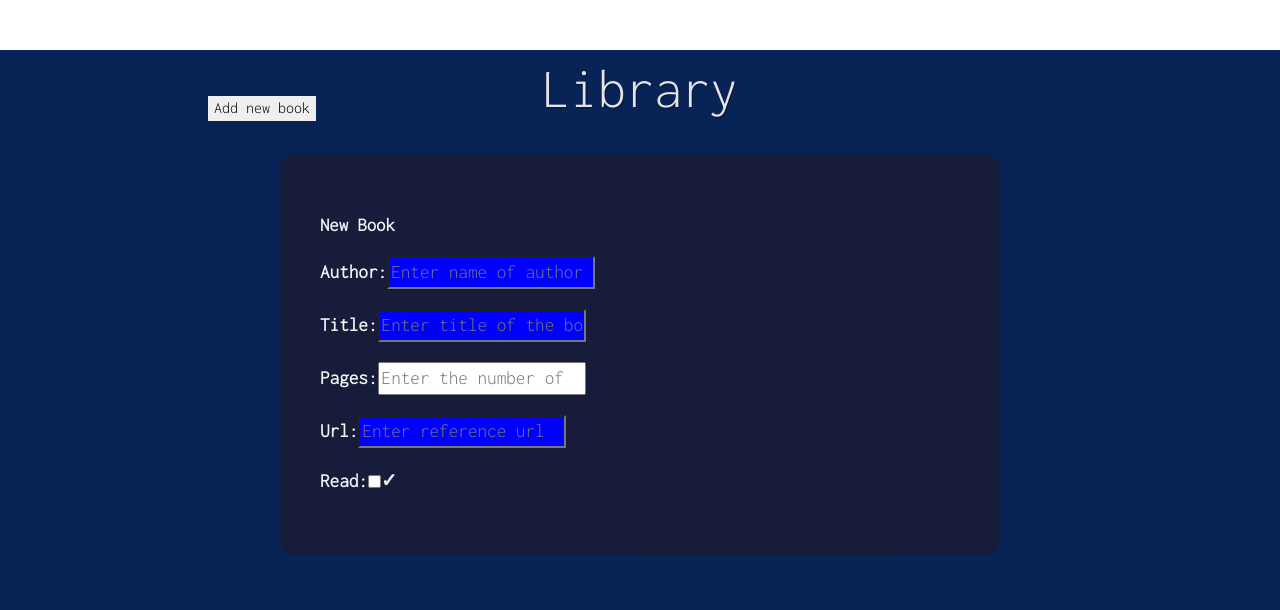
Repository: 0101chaitanya/Library
Page: index.html
These files come from the project's save history. The page is drawn as it stood at one moment and after the next save; the edit follows.
The browser window is 1280 px wide. The pictures show the whole page.

Above is the page before, as saved 2021-06-03 18:22:11.

After the next save:
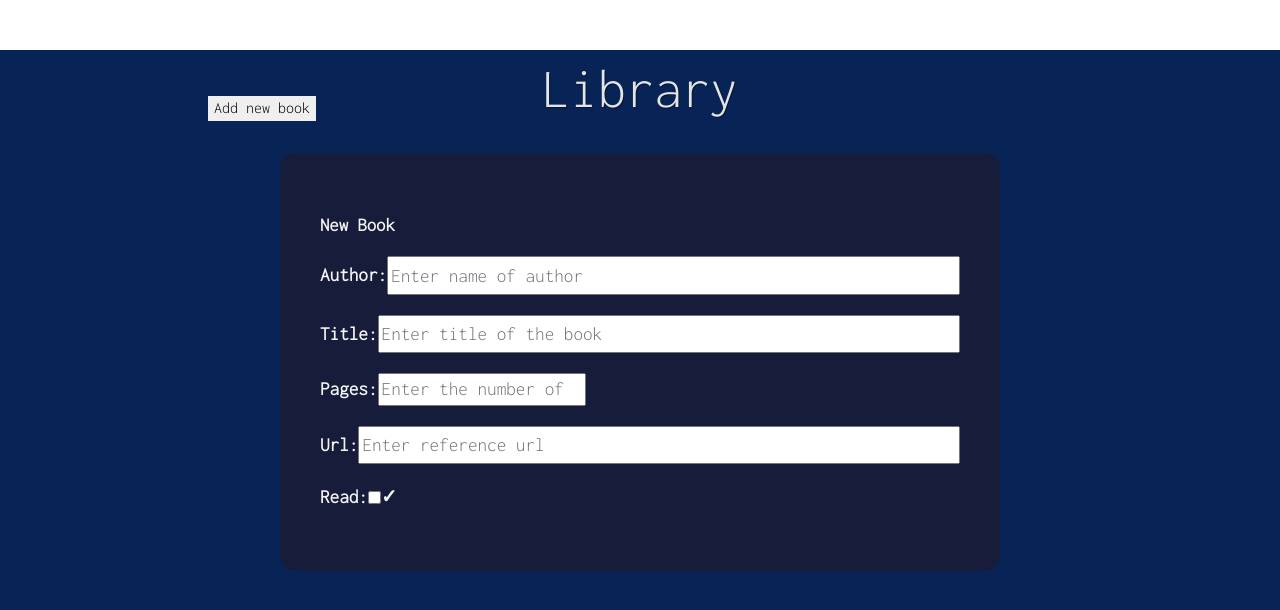
Saved 53 s later.
--- a/styles.css
+++ b/styles.css
@@ -122,7 +122,9 @@
   }
 
   .textBox {
-      background-color: blue;
+      display: block;
+      width: 100%;
+      height: 2.4rem;
   }
   /*
   h3 {
